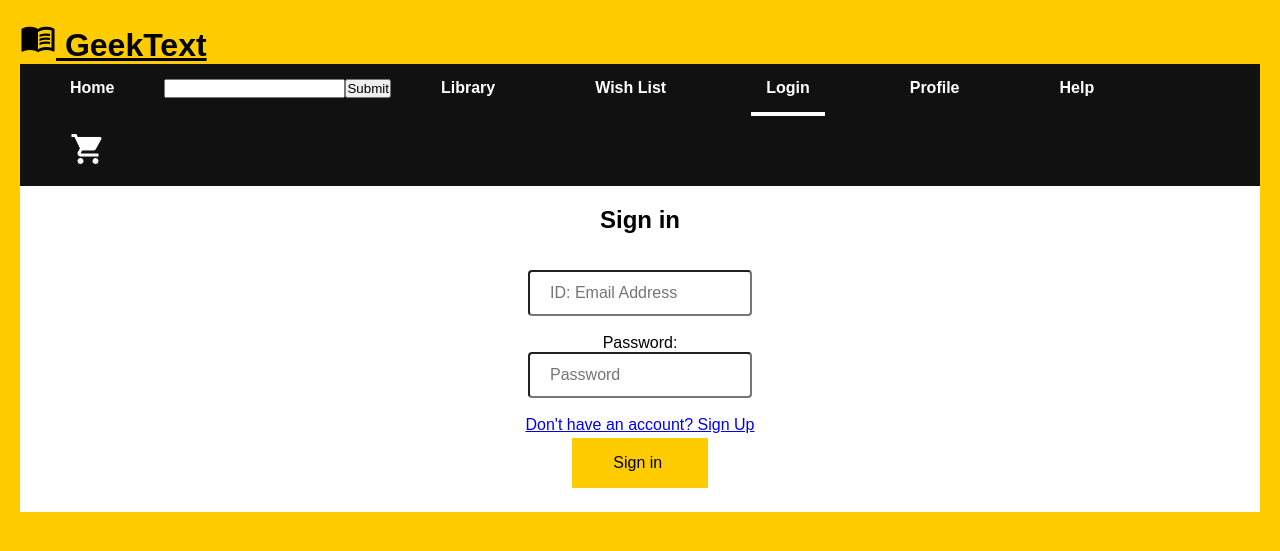
Repository: MikeAngelino/CEN4010
Page: /#/Login (app in client/)
These files come from the project's save history. The page is drawn as it stood at one moment and after the next save; the edit follows.
The browser window is 1280 px wide. The pictures show the whole page.
The project was rebuilt for these pictures with package versions that can differ from the ones it lists, and the page was loaded fresh each time. Also part of the build but not shown: client/src/pages/Home.js, client/src/pages/Register.js, client/src/pages/Library.js, client/src/pages/WishList.js, client/src/pages/Comments.js, client/src/pages/Rating.js, client/src/pages/BookDetails.js, client/src/pages/Profile.js and 2 more.

Above is the page before, as saved 2020-04-02 02:28:05.

### client/public/index.html
<!DOCTYPE html>
<html lang="en">
	<head>
		<meta charset="utf-8" />
		<link rel="icon" href="./favicon.ico" />
		<meta name="viewport" content="width=device-width, initial-scale=1" />
		<meta name="theme-color" content="#000000" />
		<meta
			name="description"
			content="Web site created using create-react-app"
		/>
		<link rel="apple-touch-icon" href="./logo192.png" />

		<!-- Google icons import link -->
		<link
			href="https://fonts.googleapis.com/icon?family=Material+Icons"
			rel="stylesheet"
		/>
		<!--
      manifest.json provides metadata used when your web app is installed on a
      user's mobile device or desktop. See https://developers.google.com/web/fundamentals/web-app-manifest/
    -->
		<link rel="manifest" href="./manifest.json" />
		<!--
      Notice the use of %PUBLIC_URL% in the tags above.
      It will be replaced with the URL of the `public` folder during the build.
      Only files inside the `public` folder can be referenced from the HTML.

      Unlike "/favicon.ico" or "favicon.ico", "%PUBLIC_URL%/favicon.ico" will
      work correctly both with client-side routing and a non-root public URL.
      Learn how to configure a non-root public URL by running `npm run build`.
    -->
		<title>GeekText</title>
	</head>
	<body>
		<noscript
			>You need to enable JavaScript to run this app. NO SHIT!!</noscript
		>
		<div id="root"></div>
		<!--
      This HTML file is a template.
      If you open it directly in the browser, you will see an empty page.

      You can add webfonts, meta tags, or analytics to this file.
      The build step will place the bundled scripts into the <body> tag.

      To begin the development, run `npm start` or `yarn start`.
      To create a production bundle, use `npm run build` or `yarn build`.
    -->
	</body>
</html>

### client/src/index.js
import React from 'react';
import ReactDOM from 'react-dom';
import './index.css';
import App from './App';
import * as serviceWorker from './serviceWorker';
import axios from 'axios';
import * as tokenService from './services/token';

axios.defaults.baseURL = 'http://localhost:3002'

axios.interceptors.request.use((config) => ({
    ...config,
    headers: {
        ...config.headers,
        'x-auth-token': tokenService.get()
    }
}))

ReactDOM.render(<App />, document.getElementById('root'));

// If you want your app to work offline and load faster, you can change
// unregister() to register() below. Note this comes with some pitfalls.
// Learn more about service workers: https://bit.ly/CRA-PWA
serviceWorker.unregister();

### client/src/index.css
body {
	background-color: #ffcc00;
	padding: 20px;
	margin: 0;
}
h1,
h2,
p,
ul,
li {
	font-family: sans-serif;
	color: #000000;
}
ul.header li {
	display: inline;
	list-style-type: none;
	margin: 35px;
}
ul.header {
	background-color: #111;
	padding: 0;
}
ul.header li a {
	color: #fff;
	font-weight: bold;
	text-decoration: none;
	padding: 15px;
	display: inline-block;
}

.content {
	background-color: #fff;
	padding: 20px;
}

.content h2 {
	padding: 0;
	margin: 0;
}
.content li {
	margin-bottom: 5px;
}

/* Miguel M. From here my css starts */
.active {
	/* active page indicator //background-color: rgb(55, 107, 141); */
	border-bottom: 4px solid white;
}

.flexbox-container {
	height: auto;
	display: flex;
	flex-wrap: wrap;
}

.flexbox-item {
	width: 200px;
	margin: 8px;
	border: 4px solid #333;
	background-color: #dfdfdf;
}

.flexbox-item-1 {
	max-height: 300px;
}

.flexbox-item-2 {
	max-height: 300px;
}

.flexbox-item-3 {
	max-height: 300px;
}

.flexbox-item-4 {
	max-height: 300px;
}

.flexbox-item-5 {
	max-height: 300px;
}

.flexbox-item-6 {
	max-height: 300px;
}

.book-wrapper {
	text-align: center;
}

.fit-container {
	width: 100%;
}

/* google fonts or icons req */
@font-face {
	font-family: 'Material Icons';
	font-style: normal;
	font-weight: 400;
	src: url(https://example.com/MaterialIcons-Regular.eot);
	/* For IE6-8 */
	src: local('Material Icons'), local('MaterialIcons-Regular'),
		url(https://example.com/MaterialIcons-Regular.woff2) format('woff2'),
		url(https://example.com/MaterialIcons-Regular.woff) format('woff'),
		url(https://example.com/MaterialIcons-Regular.ttf) format('truetype');
}

.material-icons {
	font-family: 'Material Icons';
	font-weight: normal;
	font-style: normal;
	font-size: 36px;
	/* Preferred icon size */
	display: inline-block;
	line-height: 1;
	text-transform: none;
	letter-spacing: normal;
	word-wrap: normal;
	white-space: nowrap;
	direction: ltr;
	/* Support for all WebKit browsers. */
	-webkit-font-smoothing: antialiased;
	/* Support for Safari and Chrome. */
	text-rendering: optimizeLegibility;
	/* Support for Firefox. */
	-moz-osx-font-smoothing: grayscale;
	/* Support for IE. */
	font-feature-settings: 'liga';
}

.material-icons.orange600 {
	color: rgb(255, 255, 255);
}

.material-icons.md-dark {
	color: rgb(255, 255, 255);
}

.material-icons.md-dark.md-inactive {
	color: rgb(244, 244, 244);
}

/*^^ Miguel M. Contribution ends here ^^*/

/**********BOOK DETAILS CSS********************/

.details {
	font-family: Lato;
}

.details-img {
	height: 400px;
}

.details-description {
}

.details-authorBio {
}

.details-Basics {
}

/*********************************************/ /**********BOOK DETAILS CSS********************/

.details
{
}


.details-img
{
  height: inherit;
  display: block;
  margin-left: auto;
  margin-right: auto;
}

.details-img-col{
    height: 400px;
}

.details-description
{
  background-color: #F0F0F0;
  padding: 25px 50px 25px 50px;
  margin-top: 10px;
  margin-bottom: 10px;

}

.centering
{
  /* background-color: red;
  font-family: serif;
  text-align: center;
  /* display: inline-block; */
}

.details-authorBio
{
  background-color: #ffcc00;
  padding: 25px 50px 25px 50px;
  margin-top: 10px;
  margin-bottom: 10px;
}

.details-Basics
{
}

.details li {
  list-style-type: none;
}
.details ul {
  padding-left: 0;
  padding: 18px 0px 0px 0px;
}

.addtoCartBtn {
  float: right;
}

/*********************************************/

/* --------------------Miguel For book Rating------------- */

*{
	margin: 0;
	padding: 0;
  }
  .rate {
	float: left;
	height: 46px;
	padding: 0 10px;
  }
  .rate:not(:checked) > input {
	position:absolute;
	top:-9999px;
  }
  .rate:not(:checked) > label {
	float:right;
	width:1em;
	overflow:hidden;
	white-space:nowrap;
	cursor:pointer;
	font-size:30px;
	color:#ccc;
  }
  .rate:not(:checked) > label:before {
	content: '★ ';
  }
  .rate > input:checked ~ label {
	color: #ffc700;
  }
  .rate:not(:checked) > label:hover,
  .rate:not(:checked) > label:hover ~ label {
	color: #deb217;
  }
  .rate > input:checked + label:hover,
  .rate > input:checked + label:hover ~ label,
  .rate > input:checked ~ label:hover,
  .rate > input:checked ~ label:hover ~ label,
  .rate > label:hover ~ input:checked ~ label {
	color: #c59b08;
  }


  /* --------------Miguel For comments-------------- */
  body{
	background-color: #ffcc00;
  }

  .reviews{
  padding: 15px;
  margin-left: auto;
  margin-right: auto;
  }

  .review-item{
  background-color: white;
  padding: 15px;
  margin-bottom: 5px;
  box-shadow: 1px 1px 5px #343a40;
  }

  .review-item .review-date{
  color: #cecece;
  }
  .review-item .review-text{
  font-size: 16px;
  font-weight: normal;
  margin-top: 5px;
  color: #343a40;
  }

  .review-item .reviewer{
  width: 100px;
  height: 100px;
  border: 1px solid #cecece;
  }

  /* background-color: #ffcc00;
  padding: 25px 50px 25px 50px;
  margin-top: 10px;
  margin-bottom: 10px; */

  /****    Rating Stars     ***/
  .raterater-bg-layer {
	color: rgba( 0, 0, 0, 0.25 );
  }
  .raterater-hover-layer {
	color: rgba( 255, 255, 0, 0.75 );
  }
  .raterater-hover-layer.rated { /* after the user selects a rating */
	color: rgba( 255, 255, 0, 1 );
  }
  .raterater-rating-layer {
	color: rgba( 255, 155, 0, 0.75 );
  }
  .raterater-outline-layer {
	color: rgba( 0, 0, 0, 0.25 );
  }

  /* don't change these - you might break something.. */
  .raterater-wrapper {
	overflow:visible;
  }

  .software .raterater-wrapper {
	margin-top: 4px;
  }

  .raterater-layer,
  .raterater-layer i {
	display: block;
	position: absolute;
	overflow: visible;
	top: 0px;
	left: 0px;
  }
  .raterater-hover-layer {
	display: none;
  }
  .raterater-hover-layer i,
  .raterater-rating-layer i {
	width: 0px;
	overflow: hidden;
  }

  /* -------------Miguel Search Box------------- */

  #custom-search-form {
	margin:0;
	margin-top: 5px;
	padding: 0;
  }

  #custom-search-form .search-query {
	padding-right: 3px;
	padding-right: 4px \9;
	padding-left: 3px;
	padding-left: 4px \9;
	/* IE7-8 doesn't have border-radius, so don't indent the padding */

	margin-bottom: 0;
	-webkit-border-radius: 3px;
	-moz-border-radius: 3px;
	border-radius: 3px;
  }

  #custom-search-form button {
	border: 0;
	background: none;
	/** belows styles are working good */
	padding: 2px 5px;
	margin-top: 2px;
	position: relative;
	left: -28px;
	/* IE7-8 doesn't have border-radius, so don't indent the padding */
	margin-bottom: 0;
	-webkit-border-radius: 3px;
	-moz-border-radius: 3px;
	border-radius: 3px;
  }

  .search-query:focus + button {
	z-index: 3;
  }
  /* ------------------Miguel Help page---------------------- */
    .jumbotron {
	background: #101010;
	color: #FFF;
	border-radius: 0px;
	}
	.jumbotron-sm { padding-top: 10px;
	padding-bottom: 10px; }
	.jumbotron small {
	color: #FFF;
	}
	.h1 small {
	font-size: 24px;
	}

  /* ------------------Eugenio Login/Register---------------------- */
  #registration {
	  font-family: Arial, Helvetica, sans-serif;
	  text-align: center;
  }

  #login {
	  font-family: Arial, Helvetica, sans-serif;
	  text-align: center;
  }

  .registerlink {
	  text-align: center;
  }

  .loginlink {
	  text-align: center;
  }

  #reg {
	  width: 15%;
	  position: relative;
	  padding: 12px 20px;
	  border-radius: 4px;
	  font-size: 1rem;
	  font-weight: 400;
	  line-height: normal;
	  box-shadow: 0px 4px 20px 0px transparent;
  }

  .submit {
	  background-color: #ffcc00;
	  border: none;
	  color: black;
	  padding: 5px 80px;
	  text-decoration: none;
	  margin: 4px 2px;
	  cursor: pointer;
	  font-size: 1rem;
  }

  .submit:hover {
	  background-color: #dcb000;
  }

  /* ------------------Carlos ShopCart ---------------------- */

  .cartDetails
  {
	outline: 20px blue;
  }

  .cartbox-item-1 {
	max-height: 50px;
  }

  .cartbox-item {
	max-width: 50px;
	margin: 5px;
	border: 4px solid #333;
	background-color: #dfdfdf;
  }

  .cartImage-container {
	height: 100%;
	width: 100%;
  }
  p.total {
	font-size: 20px;
	text-align: right;
  }

  .cart-wrapper {
   padding: 20px;
  }


  .flexbox-item {
	width: 200px;
	margin: 8px;
	border: 4px solid #333;
	background-color: #dfdfdf;
  }

  .flexbox-item-1 {
	max-height: 300px;
  }


  /* ------------------Jessica Wishlist ---------------------- */

  /* .view-group {
	display: -ms-flexbox;
	display: flex;
	-ms-flex-direction: row;
	flex-direction: row;
	padding-left: 0;
	margin-bottom: 0;
  }
  .thumbnail
  {
	margin-bottom: 30px;
	padding: 0px;
	-webkit-border-radius: 0px;
	-moz-border-radius: 0px;
	border-radius: 0px;
  }

  .item.list-group-item
  {
	float: none;
	width: 100%;
	background-color: #fff;
	margin-bottom: 30px;
	-ms-flex: 0 0 100%;
	flex: 0 0 100%;
	max-width: 100%;
	padding: 0 1rem;
	border: 0;
  }
  .item.list-group-item .img-event {
	float: left;
	width: 30%;
  }

  .item.list-group-item .list-group-image
  {
	margin-right: 10px;
  }
  .item.list-group-item .thumbnail
  {
	margin-bottom: 0px;
	display: inline-block;
  }
  .item.list-group-item .caption
  {
	float: left;
	width: 70%;
	margin: 0;
  }

  .item.list-group-item:before, .item.list-group-item:after
  {
	display: table;
	content: " ";
  }

  .item.list-group-item:after
  {
	clear: both;
  } */

### client/src/App.js
import React from 'react';
import './index.css';
import Home from './pages/Home';
import Register from './pages/Register';


import Library from './pages/Library';
import WishList from './pages/WishList';


import Login from './pages/Login';
import BookDetails from './pages/BookDetails';

import Profile from './pages/Profile';
import Help from './pages/Help';
import ShopCart from './pages/ShopCart';

import { Route, HashRouter, NavLink } from 'react-router-dom';

// NPM RUN CLIENT is the updated src folder, (NPM RUN SERVER/NPM START) runs build in my case which is the old green template
//Use ctrL + C to stop the server
//Always run NPM INSTALL on a newly cloned file
//Do not push updates to master branch, push to your own branch PLZ

//updated file structure on my branch (miguel) 2/17/20
//npm install after downloading/ npm install --save react-bootstrap mighe be needed for BookDetails to work
// npm install react-router-dom --save to fix initial error
//npm npm run client to run this package

const App = () => (
	<HashRouter>
		<div>
			{/* Link TITLE with home Page*/}
			<NavLink to="/" style={{ textDecoration: 'none' }}>
				<h1>
					<i class="material-icons">menu_book</i> GeekText
				</h1>
			</NavLink>

			{/* styles this section with css*/}
			<ul className="header">
				<li>
					<NavLink exact to="/">
						Home
					</NavLink>
				</li>

				{/* search bar*/}
				<input type="text" />
				<button type="submit">Submit</button>

				{/* search bar with database integration built*/}
				{/* <input onchange={this.props.handleSearch} type="text"/>
         		 <button type="submit">Submit</button> */}


 				<li><NavLink to="/Library">Library</NavLink></li>


          		<li><NavLink to="/WishList">Wish List</NavLink></li>
		  		{/* <li><NavLink to="/BookDetails">Book Details</NavLink></li> */}

          		<li><NavLink to="/Login">Login</NavLink></li>
		  		<li><NavLink to="/Profile">Profile</NavLink></li>
				<li><NavLink to="/Help">Help</NavLink></li>

				<li>
					<NavLink to="/ShopCart">
						<i class="material-icons md-dark md-24">shopping_cart</i>
					</NavLink>
				</li>
			</ul>

			{/* styles this section with css*/}
			<div className="content">
				<Route exact path="/" component={Home} />
				<Route path="/Library" component={Library} />
				<Route path="/WishList" component={WishList} />
				<Route path="/Book/:id" component={BookDetails} />
				<Route path="/Register" component={Register} />
				<Route path="/Login" component={Login} />
				<Route path="/Profile" component={Profile} />
				<Route path="/Help" component={Help} />
				<Route path="/ShopCart" component={ShopCart} />


			</div>
		</div>
	</HashRouter>
);

export default App;

### client/src/services/token.js
export const store = (token) => {
    localStorage.setItem('token', token);
}

export const get = () => localStorage.getItem('token');

### client/src/pages/Login.js
import React from 'react';
import { Link, Redirect } from 'react-router-dom';
import './Register.css';
import axios from 'axios';
import * as tokenService from '../services/token';

const Login = () => {
	// Set the states to empty before the user fills them out
	const [authenticated, setAuthenticated] = React.useState(false);
	const [userId, setUserId] = React.useState('');
	const [password, setPassword] = React.useState('');

	// Checks the data against the database to see if the user exists
	// If they do, log them in
	const handleSubmit = async e => {
		e.preventDefault();
		const { data: { token } } = await axios.post('/api/auth/', { userId, password });
		tokenService.store(token);
		localStorage.setItem('userId', userId);
		setAuthenticated(true);
	};

	return authenticated ? <Redirect to="/Profile" /> : (
		<div>
			<h2 id="login">Sign in</h2>
			<br />
			<form id="login">
				<label class="label">
					{/* User ID: */}
					<br />
					<input
						type="text"
						onChange={e => setUserId(e.target.value)}
						id="reg"
						name="userid"
						placeholder="ID: Email Address"
						required
					/>
				</label>
				<br />
				<br />
				<label class="label">
					Password:
					<br />
					<input
						type="password"
						onChange={e => setPassword(e.target.value)}
						id="reg"
						name="password"
						placeholder="Password"
						minLength="8"
						required
					/>
				</label>
				<br />
				<br />
				<div class="registerlink">
				<Link to="/Register" id="registration">
						Don't have an account? Sign Up
				</Link>
				</div>

				<input
					type="submit"
					onClick={handleSubmit}
					class="submit"
					value="  Sign in   "
				/>
			</form>
		</div>
	);
};

export default Login;

### client/src/pages/Register.css
#registration {
	font-family: Arial, Helvetica, sans-serif;
	text-align: center;
}

#login {
	font-family: Arial, Helvetica, sans-serif;
	text-align: center;
}

.registerlink {
	text-align: center;
}

.loginlink {
	text-align: center;
}

#reg {
	width: 15%;
	position: relative;
	padding: 12px 20px;
	border-radius: 4px;
	font-size: 1rem;
	font-weight: 400;
	line-height: normal;
	box-shadow: 0px 4px 20px 0px transparent;
}

.submit {
	background-color: #ffcc00;
	border: none;
	color: black;
	padding: 16px 32px;
	text-decoration: none;
	margin: 4px 2px;
	cursor: pointer;
	font-size: 1rem;
}

.submit:hover {
	background-color: #dcb000;
}

### client/src/pages/Profile.css
h1,
h3 {
	font-family: Arial, Helvetica, sans-serif;
}

h1 {
	text-decoration: underline;
}

Loaded but not shown: client/src/serviceWorker.js (common file)

After the next save:
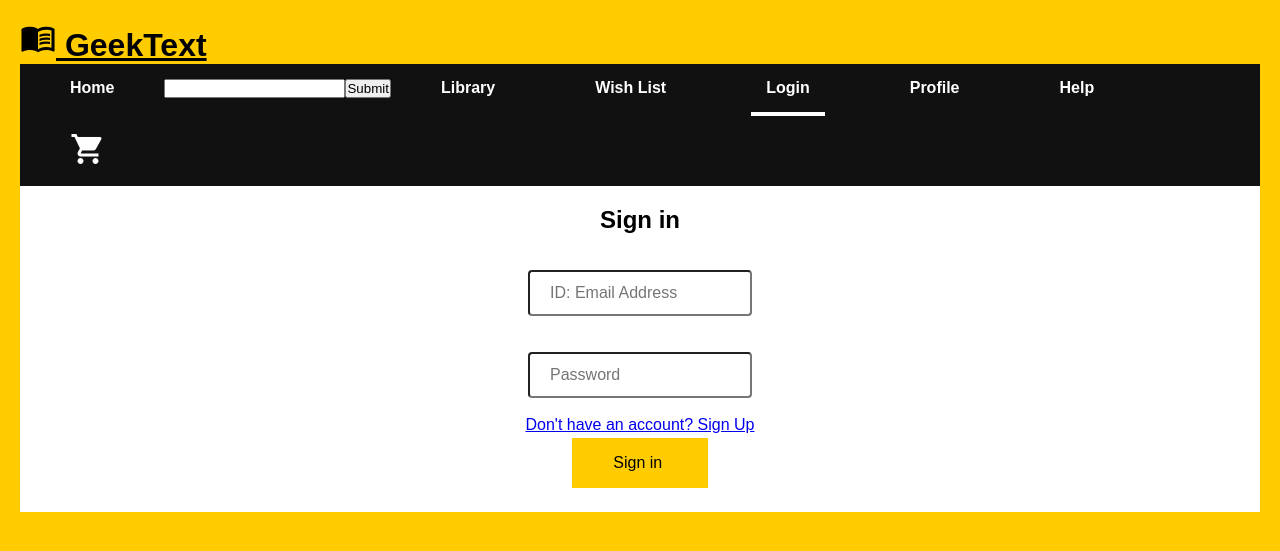
Saved 15 s later.
--- a/client/src/pages/Login.js
+++ b/client/src/pages/Login.js
@@ -40,7 +40,7 @@ const Login = () => {
 				<br />
 				<br />
 				<label class="label">
-					Password:
+					{/* Password: */}
 					<br />
 					<input
 						type="password"
